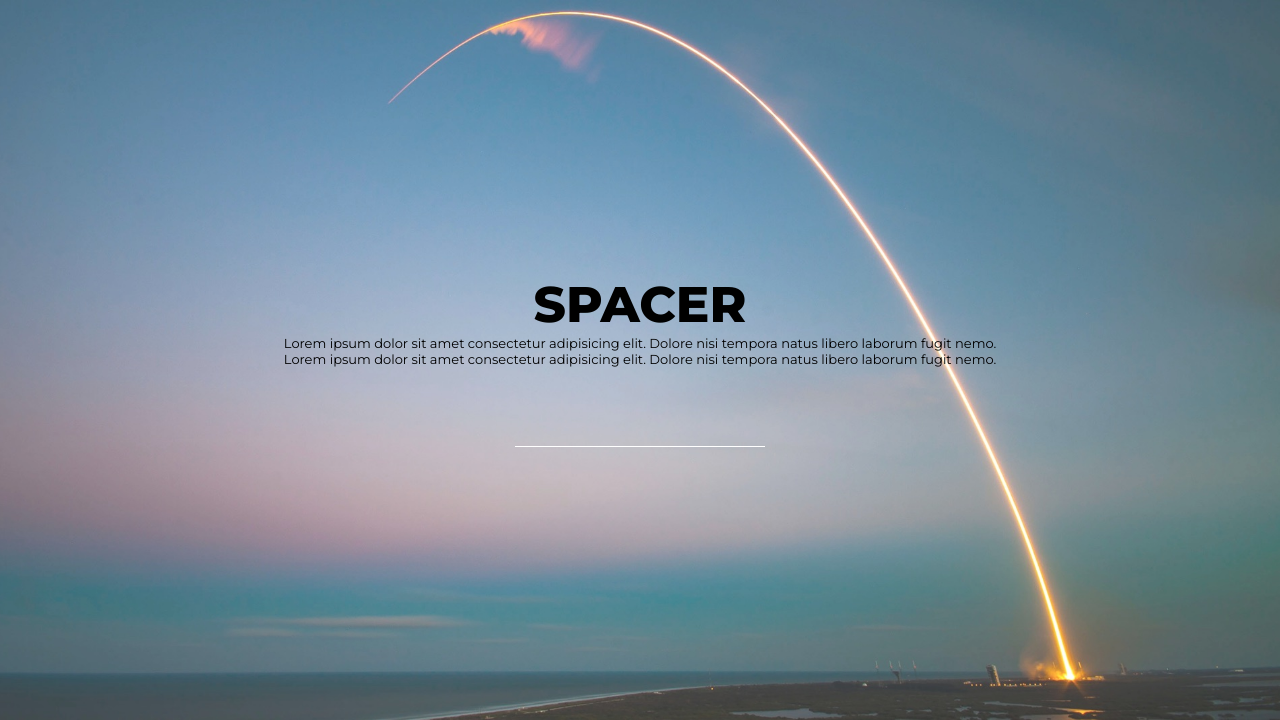
Repository: Trelefele/spacer-roman
Page: /
These files come from the project's save history. The page is drawn as it stood at one moment and after the next save; the edit follows.
The browser window is 1280 px wide. The pictures show the whole page.
The project was rebuilt for these pictures with package versions that can differ from the ones it lists, and the page was loaded fresh each time.

Above is the page before, as saved 2019-02-03 20:00:35.

### public/index.html
<!DOCTYPE html>
<html lang="en">
  <head>
    <meta charset="utf-8">
    <meta http-equiv="X-UA-Compatible" content="IE=edge">
    <meta name="viewport" content="width=device-width,initial-scale=1.0">
    <link rel="icon" href="<%= BASE_URL %>favicon.ico">
    <!-- <script src="https://unpkg.com/axios/dist/axios.min.js"></script> -->
    <title>spacer-roman</title>
  </head>
  <body>
    <noscript>
      <strong>We're sorry but spacer-roman doesn't work properly without JavaScript enabled. Please enable it to continue.</strong>
    </noscript>
    <div id="app"></div>
    <!-- built files will be auto injected -->
  </body>
</html>

### src/App.vue
<template>
  <div class="app">
    <router-view/>
  </div>
</template>

<style lang="scss" >
@import url('https://fonts.googleapis.com/css?family=Montserrat:300,400,600,800');

* {
  box-sizing: border-box;
  font-family: 'Montserrat', sans-serif;
  margin: 0;
  padding: 0;
}
</style>

### src/router.js
import Vue from 'vue';
import Router from 'vue-router';
// import Claim from './components/Claim.vue';
import Search from './views/Search.vue';
// import SearchInput from './components/SearchInput.vue';


Vue.use(Router);

export default new Router({
//   mode: 'history',
//   base: process.env.BASE_URL,
  routes: [
    {
      path: '/',
      name: 'Search',
      component: Search,
    },
  ],
});

### src/views/Search.vue
<template>
  <div class="searchWrapper">
    <Claim/>
    <SearchInput/>
  </div>
</template>

<script>
import axios from 'axios';
import debounce from 'lodash.debounce';
import Claim from '@/components/Claim.vue';
import SearchInput from '@/components/SearchInput.vue';

const API = 'https://images-api.nasa.gov/search';

export default {
  name: 'Search',
  components: {
    Claim,
    SearchInput,
  },
  data() {
    return {
      searchValue: '',
      results: [],
    };
  },
  methods: {
    // eslint-disable-next-line
    handleInput: debounce(function(){
      axios.get(`${API}?q=${this.searchValue}&media_type=image`)
        .then((response) => {
          // this.results = response.data.collection.items;
          this.results = response.data.collection.items;
        })
        .catch((error) => {
          console.log(error);
        });
    }, 500),
  },
};
</script>

<style lang="scss" scoped>
    .searchWrapper {
        margin: 0;
        width: 100%;
        height: 100vh;
        padding: 30px;
        display: flex;
        flex-direction: column;
        align-items: center;
        justify-content: center;
        background-image: url('../assets/heroimage.jpg');
        background-repeat: no-repeat;
        background-size: cover;
        background-position: 80%, 0%;
    }
</style>

### src/components/Claim.vue
<template>
    <div class="claimWrapper">
        <h1 class="claim">SPACER</h1>
        <p class="subclaim">
            Lorem ipsum dolor sit amet consectetur adipisicing elit.
            Dolore nisi tempora natus libero laborum fugit nemo.
        </p>
        <p class="subclaim">
            Lorem ipsum dolor sit amet consectetur adipisicing elit.
            Dolore nisi tempora natus libero laborum fugit nemo.
        </p>
    </div>
</template>

<script>

export default {
  name: 'Claim',
};

</script>

<style lang="scss" scoped>

.claimWrapper{
    display: flex;
    flex-direction: column;
    justify-content: center;
    align-items: center;
    margin:0;
}

.claim{
    font-size: 50px;
    margin: 0;
}

.subclaim{
    padding: 0 0 0 0;
    font-size: 13px;
}
</style>

### src/components/SearchInput.vue
<template>
  <input
    id="search"
    name="search"
    :class="{ dark }"
    @input="handleChange"
  />
</template>
<script>
export default {
  name: 'SearchInput',
  props: {
    // value: {
    //   type: String,
    //   required: true,
    // },
    dark: {
      type: Boolean,
      default: false,
    },
  },
  methods: {
    handleChange(e) {
      this.$emit('input', e.target.value);
    },
  },
};
</script>
<style lang="scss" scoped>
  input {
    margin-top: 50px;
    display: flex;
    width: 250px;
    color: white;
    text-align: center;
    font-size: 18px;
    font-weight: 300;
    height: 30px;
    border: 0;
    background: none;
    border-bottom: 1px solid white;
    transition: box-shadow .3s ease-out;

    @media (min-width: 1024px) {
      font-weight: 400;
    }
  }

  input:focus {
    outline: none;
    box-shadow: 0 10px 20px -8px rgba(255,255,255, .5);
  }

  .dark {
    color: #1e3d4a;
    border-bottom-color: #1e3d4a;
  }

  .dark:focus {
    box-shadow: 0 10px 20px -8px rgba(#1e3d4a, .2);
  }
</style>

Loaded but not shown: src/main.js (common file)

After the next save:
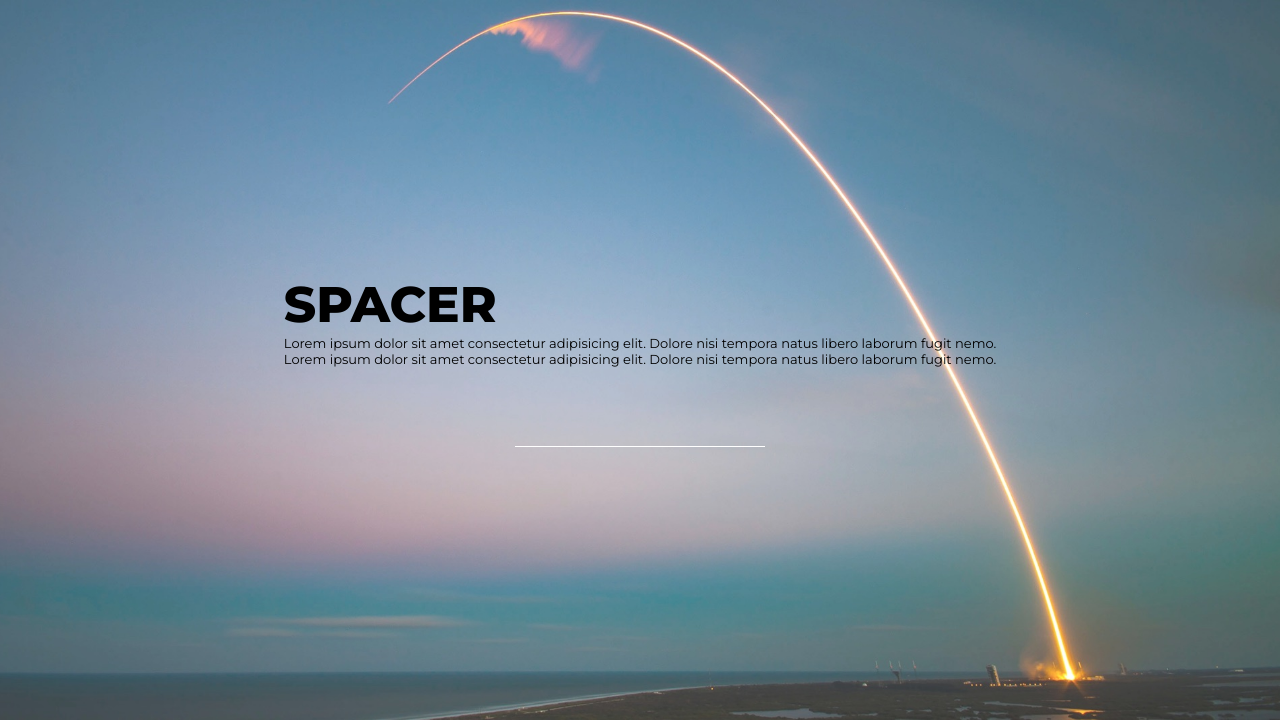
Saved 3 min 1 s later.
--- a/src/components/Claim.vue
+++ b/src/components/Claim.vue
@@ -25,8 +25,8 @@
 .claimWrapper{
     display: flex;
     flex-direction: column;
-    justify-content: center;
-    align-items: center;
+    // justify-content: center;
+    // align-items: center;
     margin:0;
 }
 

After the save that followed:
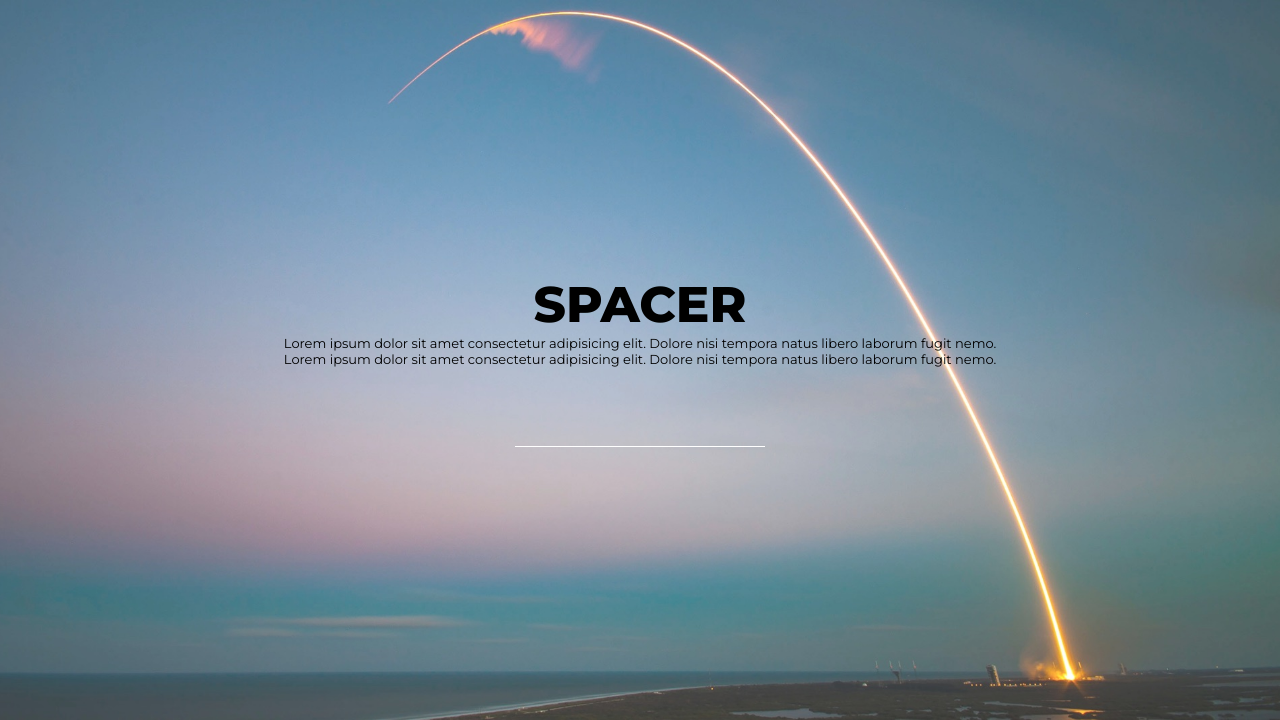
Saved 10 s later.
--- a/src/components/Claim.vue
+++ b/src/components/Claim.vue
@@ -26,7 +26,7 @@
     display: flex;
     flex-direction: column;
     // justify-content: center;
-    // align-items: center;
+    align-items: center;
     margin:0;
 }
 
